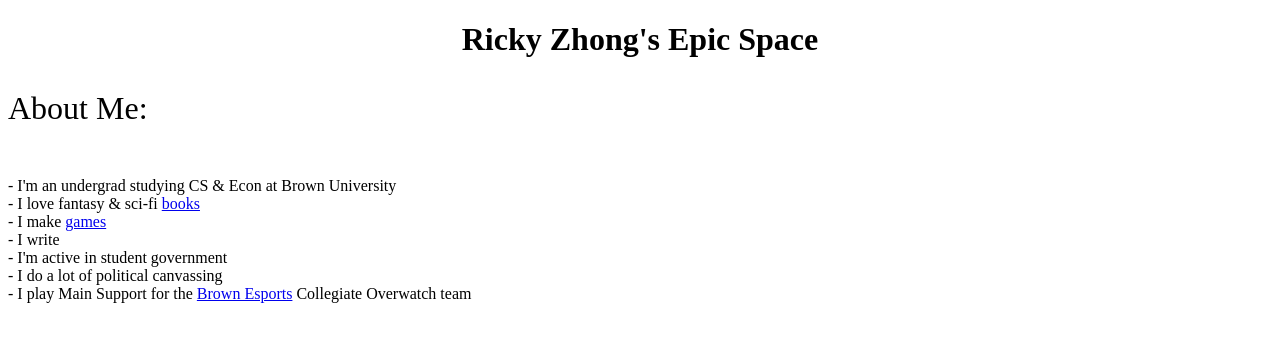
Repository: rickydaricky/rickydaricky.github.io
Page: index.html
These files come from the project's save history. The page is drawn as it stood at one moment and after the next save; the edit follows.
The browser window is 1280 px wide. The pictures show the whole page.

Above is the page before, as saved 2021-11-26 01:58:46.

### index.html
<!DOCTYPE html>
<html>
  <body>
    <h1 style="text-align: center;">Ricky Zhong's Epic Space</h1>
    <p style="font-size:200%;">About Me:</p>
    <p>
      <br />
      - I'm an undergrad studying CS & Econ at Brown University
      <br />
      - I love fantasy & sci-fi
      <a href="https://goodreads.com/rickydaricky">books</a>
      <br />
      - I make
      <a href="https://rickydaricky.itch.io/">games</a>
      <br />
      - I write
      <br />
      - I'm active in student government
      <br />
      - I do a lot of political canvassing
      <br />
      - I play Main Support for the
      <a href="https://brownesports.org/">Brown Esports</a>
      Collegiate Overwatch team
    </p>
  </body>
</html>

After the next save:
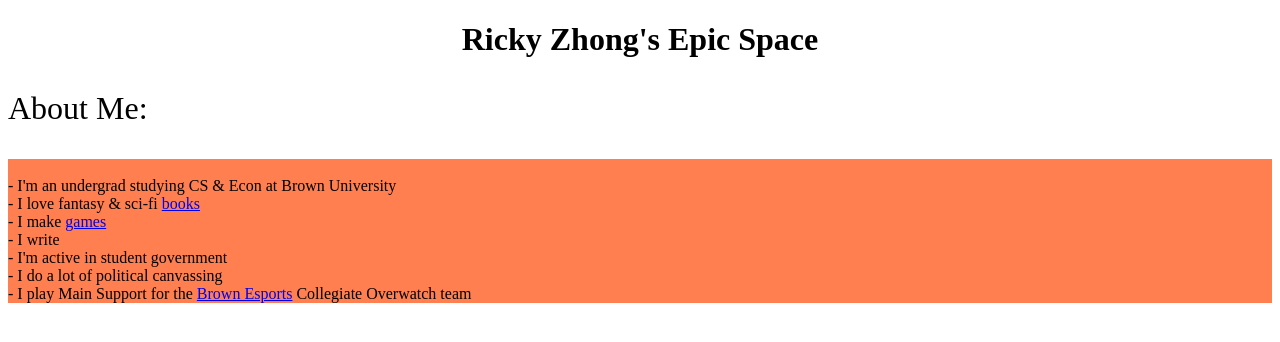
Saved 113 s later.
--- a/index.html
+++ b/index.html
@@ -3,7 +3,7 @@
   <body>
     <h1 style="text-align: center;">Ricky Zhong's Epic Space</h1>
     <p style="font-size:200%;">About Me:</p>
-    <p>
+    <p style="background-color: coral;">
       <br />
       - I'm an undergrad studying CS & Econ at Brown University
       <br />
